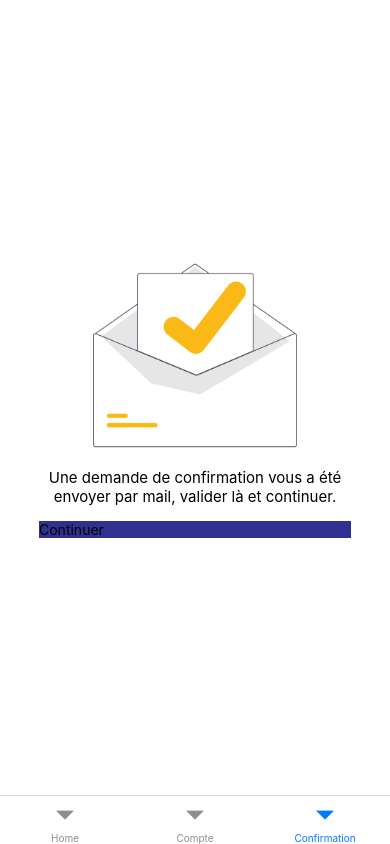
Repository: Norlan-20/Last-Afrilink
Screen: /Confirmation
The author's editor kept a copy of each file at every save. The screen is drawn from the files as they stood at one save, then again after the next save.
The app was drawn by React Native's web renderer in a window 390 px wide. The project was rebuilt for these pictures with package versions that can differ from the ones it lists, and the page was loaded fresh each time. Also part of the build but not shown: screen/User.js.

Above is the screen before, as saved 2021-09-24 22:19:56.

### App.js
/* eslint-disable prettier/prettier */
import React from 'react'
import {View} from 'react-native'
import { NavigationContainer } from '@react-navigation/native'
import { createNativeStackNavigator } from '@react-navigation/native-stack'
import { createBottomTabNavigator } from '@react-navigation/bottom-tabs'
import HomeScreen from './screen/Home'
import UserScreen from './screen/User'
import ConfirmationScreen from './screen/Confirmation'

const Tab = createBottomTabNavigator();
const Stack = createNativeStackNavigator();


const App = () => {
  return (
    <NavigationContainer>
      <Tab.Navigator screenOptions={{headerShown: false}} >
        <Tab.Screen name="Home" component={HomeScreen}/>
        <Tab.Screen name="Compte" component={UserScreen}/>
        <Tab.Screen name="Confirmation" component={ConfirmationScreen}/>
      </Tab.Navigator>
    </NavigationContainer>
  );
};

export default App;

### screen/Home.js
/* eslint-disable prettier/prettier */
import React from 'react';
import {View, Text, StyleSheet, StatusBar, Dimensions, ScrollView} from 'react-native';
import { Header, Icon, Image, SearchBar } from 'react-native-elements';
import Categorie from '../component/categorie';
import Produit from '../component/produit';
// import EvilIcons from 'react-native-vector-icons/EvilIcons';

const {width,height} = Dimensions.get('window');
const fond = '#F7F7F7';
const primary = '#2e3190';
const search = '#DDDDDD';

const HomeScreen = props => {
    return (
        <View style={styles.container}>
            <StatusBar hidden={false}/>
            <Header
                leftComponent={<Icon name="navicon" type="evilicon" size={40} color="#FFF"/>}
                centerComponent={<Image source={require('../assets/logobleu.jpg')} style={{width: 200, height: 50}} />}
                rightComponent={<Icon name="cart" type="evilicon" size={40} color="#FFF"/>}
                backgroundColor={primary}
            />
            <SearchBar
                placeholder="Rechercher"
                round
                lightTheme
                containerStyle={{ width: width,backgroundColor: fond, borderWidth: 0}}
                inputContainerStyle={{ height: 45, backgroundColor: search, borderRadius: 150 }}
                inputStyle={{ height: 45,backgroundColor: search }}
                // searchIcon={<Icon name="user" type="ionicon" />}
                showCancel
                cancelIcon
                onClear
                style={{width: width}}
            />
            <ScrollView>
                <Categorie nom="Catégorie" />
                <Produit nom="Vedette" />
            </ScrollView>
        </View>
    );
};

const styles = StyleSheet.create({
    container:{
        flex: 1,
        backgroundColor: '#F7F7F7',
    },
});

export default HomeScreen;

### screen/Confirmation.js
/* eslint-disable prettier/prettier */
import React from 'react';
import  { View, Text, StyleSheet, Dimensions, Image } from 'react-native';
import { Continuer } from '../component/button';

const {width} = Dimensions.get('window');
const fond = '#F7F7F7';
const primary = '#2e3190';

const ConfirmationScreen = () => {
    return (
        <View style={styles.container}>
            <Image source={require('../assets/mailsent.png')} style={{ width: width - 100, height: width / 2}}/>
            <Text style={styles.message}>Une demande de confirmation vous a été envoyer par mail, valider là et continuer.</Text>
            <Continuer />
        </View>
    );
};

const styles = StyleSheet.create({
    container:{
        flex: 1,
        backgroundColor: '#FFF',
        alignItems: 'center',
        justifyContent: 'center',
    },
    message:{
        width: width - (width / 5),
        textAlign: 'center',
        fontSize: 15,
        marginTop: 15
    },
});

export default ConfirmationScreen;

### component/button.js
/* eslint-disable prettier/prettier */
import React from 'react'
import { TouchableOpacity, Text, Dimensions } from 'react-native'

const {width} = Dimensions.get('window');
const primary = '#2e3190';

export const Continuer = () => {
    return(
        <TouchableOpacity style={{ backgroundColor: primary, width: width - (width / 5) ,marginTop: 15}}>
            <Text>Continuer</Text>
        </TouchableOpacity>
    );
};

Loaded but not shown: component/categorie.js (library); component/produit.js (library)

After the next save:
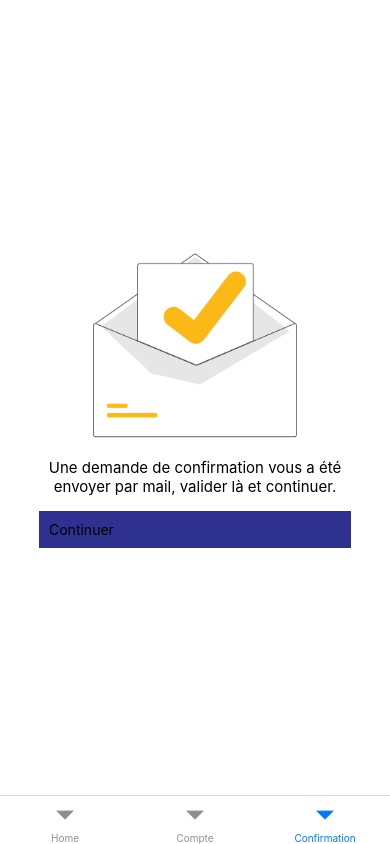
Saved 3 min 26 s later.
--- a/component/button.js
+++ b/component/button.js
@@ -1,14 +1,24 @@
 /* eslint-disable prettier/prettier */
 import React from 'react'
-import { TouchableOpacity, Text, Dimensions } from 'react-native'
+import { TouchableOpacity, Text, Dimensions, StyleSheet } from 'react-native'
 
 const {width} = Dimensions.get('window');
 const primary = '#2e3190';
 
 export const Continuer = () => {
     return(
-        <TouchableOpacity style={{ backgroundColor: primary, width: width - (width / 5) ,marginTop: 15}}>
+        <TouchableOpacity style={ styles.continuer }>
             <Text>Continuer</Text>
         </TouchableOpacity>
     );
 };
+
+const styles = StyleSheet.create({
+    continuer: {
+        backgroundColor: primary,
+        width: width - (width / 5),
+        marginTop: 15,
+        flexDirection: 'row',
+        padding: 10
+    },
+});
